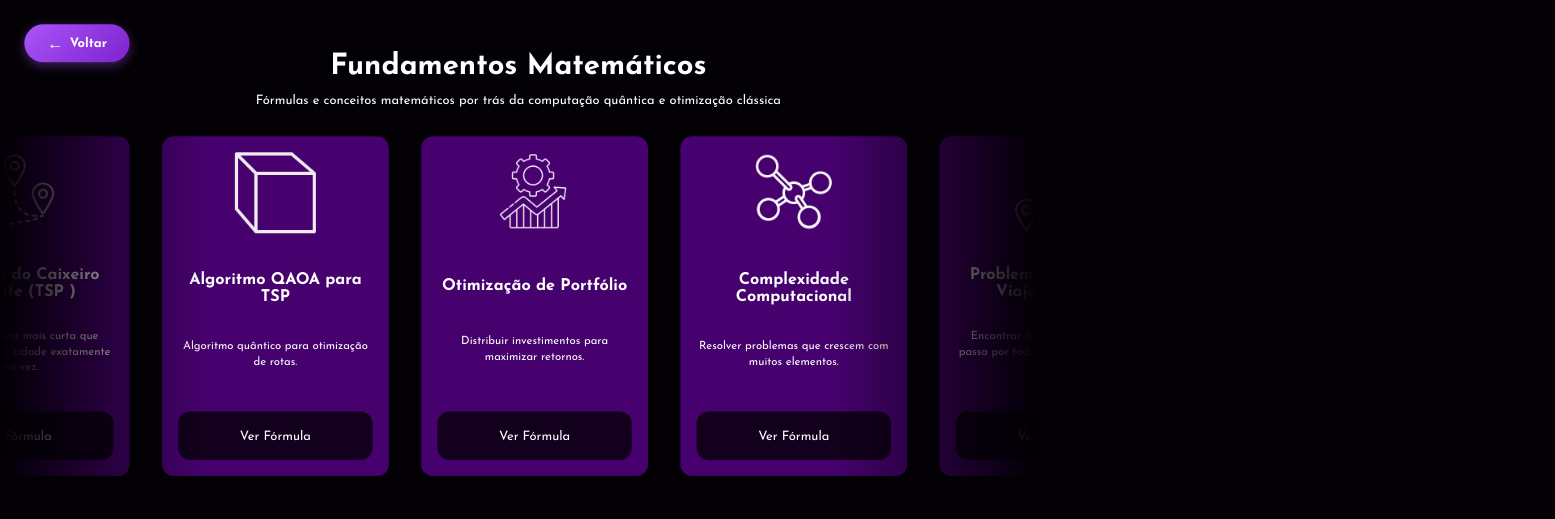
Repository: Everson9/Projeto-de-escalabilidade-quantica-definitivo
Page: fundamentos.html
The author's editor kept a copy of each file at every save. The page is drawn from the files as they stood at one save, then again after the next save.
The browser window is 1280 px wide. The page is 1280 px wide, then 1920 px, so the pictures cover 1920 px, including what lies to the right of the window. The pictures show the whole page, at 81% of full size.

Above is the page before, as saved 2025-10-03 17:49:48.
Not found: script.js

### fundamentos.html
<!DOCTYPE html>
<html lang="pt-br">
<head>
    <meta charset="UTF-8">
    <meta name="viewport" content="width=device-width, initial-scale=1.0">
    <title>Fundamentos Matemáticos</title>
    <link rel="stylesheet" href="fundamentos.css">
    <link href="https://fonts.googleapis.com/css2?family=Josefin+Sans:wght@400;700&display=swap" rel="stylesheet">
</head>
<body>

    <!-- Botão Voltar -->
<a href="telainicial.html" class="voltar-button">Voltar</a>

    <div class="fundamentos-matematicos">
        <h1>Fundamentos Matemáticos</h1>
        <p>Fórmulas e conceitos matemáticos por trás da computação quântica e otimização clássica</p>
    </div>

    <!-- Container do Carrossel -->
    <div class="carousel-container">
        <div class="carousel-track">
            <!-- Cards Originais -->
            <div class="formula_1">
                <img src="imgs_icones/CaixeiroViajante.png" alt="Ícone do Problema do Caixeiro Viajante">
                <h4>Problema do Caixeiro Viajante (TSP )</h4>
                <p>Encontrar a rota mais curta que passa por toda a cidade exatamente uma vez.</p>
                <button class="button"><a href="caixeiro.html">Ver Fórmula</a></button>
            </div>
            <div class="formula_1">
                <img src="imgs_icones/QAOA.png" alt="Ícone do Algoritmo QAOA">
                <h4>Algoritmo QAOA para TSP</h4>
                <p>Algoritmo quântico para otimização de rotas.</p>
                <button class="button"><a href="AlgoritmoQAOA.html">Ver Fórmula</a></button>
            </div>
            <div class="formula_1">
                <img src="imgs_icones/OtimizacaoPortfolio.png" alt="Ícone de Otimização de Portfólio">
                <h4>Otimização de Portfólio</h4>
                <p>Distribuir investimentos para maximizar retornos.</p>
                <button class="button"><a href="Portifolio.html">Ver Fórmula</a></button>
            </div>
            <div class="formula_1">
                <img src="imgs_icones/ComplexidadeComputacional.png" alt="Ícone de Complexidade Computacional">
                <h4>Complexidade Computacional</h4>
                <p>Resolver problemas que crescem com muitos elementos.</p>
                <button class="button"><a href="Complexidade.html">Ver Fórmula</a></button>
            </div>

            <!-- Cards Duplicados para o Efeito Infinito -->
            <div class="formula_1">
                <img src="imgs_icones/CaixeiroViajante.png" alt="Ícone do Problema do Caixeiro Viajante">
                <h4>Problema do Caixeiro Viajante (TSP)</h4>
                <p>Encontrar a rota mais curta que passa por toda a cidade exatamente uma vez.</p>
                <button class="button"><a href="caixeiroviajante.html">Ver Fórmula</a></button>
            </div>
            <div class="formula_1">
                <img src="imgs_icones/QAOA.png" alt="Ícone do Algoritmo QAOA">
                <h4>Algoritmo QAOA para TSP</h4>
                <p>Algoritmo quântico para otimização de rotas.</p>
                <button class="button"><a href="AlgoritmoQAOA.html">Ver Fórmula</a></button>
            </div>
            <div class="formula_1">
                <img src="imgs_icones/OtimizacaoPortfolio.png" alt="Ícone de Otimização de Portfólio">
                <h4>Otimização de Portfólio</h4>
                <p>Distribuir investimentos para maximizar retornos.</p>
                <button class="button"><a href="Portifolio.html">Ver Fórmula</a></button>
            </div>
            <div class="formula_1">
                <img src="imgs_icones/ComplexidadeComputacional.png" alt="Ícone de Complexidade Computacional">
                <h4>Complexidade Computacional</h4>
                <p>Resolver problemas que crescem com muitos elementos.</p>
                <button class="button"><a href="Complexidade.html">Ver Fórmula</a></button>
            </div>
        </div>
    </div>

     <div class="page-transition-overlay"></div>

    <script src="script.js"></script>



</body>
</html>

### fundamentos.css
body {
    background-color: #030105;
    font-family: 'Josefin Sans', sans-serif;
    color: #fff;
    margin: 0;
    padding: 0;
    display: flex;
    flex-direction: column;
    align-items: center;
    justify-content: flex-start;
    overflow-x: hidden; /* Esconde a barra de rolagem horizontal */
}

.fundamentos-matematicos {
    text-align: center;
    color: white;
    margin-top: 40px;
    margin-bottom: 20px;
}

.voltar-button {
    position: fixed;
    top: 30px;
    left: 30px;
    background: linear-gradient(135deg, #a855f7 0%, #7e22ce 100%);
    color: white;
    border: none;
    padding: 12px 28px;
    border-radius: 50px;
    font-size: 16px;
    font-family: 'Josefin Sans', sans-serif;
    font-weight: 600;
    cursor: pointer;
    display: flex;
    align-items: center;
    gap: 8px;
    box-shadow: 0 4px 15px rgba(168, 85, 247, 0.4);
    transition: all 0.3s ease;
    text-decoration: none;
    z-index: 1000;
}

.voltar-button:hover {
    background: linear-gradient(135deg, #c084fc 0%, #9333ea 100%);
    box-shadow: 0 6px 20px rgba(168, 85, 247, 0.6);
    transform: translateY(-2px);
}

.voltar-button:active {
    transform: translateY(0);
}

.voltar-button::before {
    content: "←";
    font-size: 20px;
    font-weight: bold;
}

h1 {
    font-size: 36px;
    margin-bottom: 10px;
}

/* Estilos dos Cards */
.formula_1 {
    width: 240px;
    height: 380px;
    background-color: #7703BA96;
    border-radius: 15px;
    padding: 20px;
    display: flex;
    flex-direction: column;
    justify-content: space-between;
    box-shadow: 0 4px 8px rgba(0, 0, 0, 0.2);
    margin: 0 20px; /* Espaçamento entre os cards */
    flex-shrink: 0; /* Impede que os cards encolham */
}

.formula_1 h4 {
    font-size: 20px;
    margin-bottom: 10px;
    text-align: center;
}

.formula_1 img {
    width: 100px;
    height: 100px;
    margin: 0 auto;
}

.formula_1 p {
    text-align: center;
    font-size: 14px;
    line-height: 1.4;
    margin-top: 10px;
}

.button {
    background-color: #030105C2;
    border: none;
    padding: 10px;
    color: white;
    font-size: 16px;
    text-align: center;
    height: 60px;
    border-radius: 15px;
    cursor: pointer;
    text-decoration: none;
    margin-top: 15px;
    transition: background-color 0.3s;
    text-decoration: none;
}

.button:hover {
    background-color: #ffffffc2;
    color: #030105;
    text-decoration: none;

}

.button a {
    text-decoration: none;
    color: inherit; /* Para garantir que a cor do link herde a cor do botão */
     font-family: 'Josefin Sans', sans-serif;
}

/* --- Novas Classes para o Carrossel --- */

.carousel-container {
    width: 100%;
    display: flex;
    justify-content: flex-start; /* Alinha a trilha no início */
    overflow: hidden; /* Essencial para esconder o que está fora da tela */
    -webkit-mask-image: linear-gradient(to right, transparent, black 20%, black 80%, transparent);
    mask-image: linear-gradient(to right, transparent, black 20%, black 80%, transparent);
}

.carousel-track {
    display: flex; /* Coloca os cards em linha */
    animation: scroll 40s linear infinite; /* Aplica a animação */
}

.carousel-container:hover .carousel-track {
    animation-play-state: paused; /* Pausa a animação ao passar o mouse */
}

/* Animação de Rolagem */
@keyframes scroll {
    0% {
        transform: translateX(0);
    }
    100% {
        /* Move a trilha para a esquerda pelo tamanho exato da primeira metade dos cards */
        /* (240px de largura + 40px de margem) * 4 cards = 1120px */
        transform: translateX(calc(-280px * 4));
    }
}

After the next save:
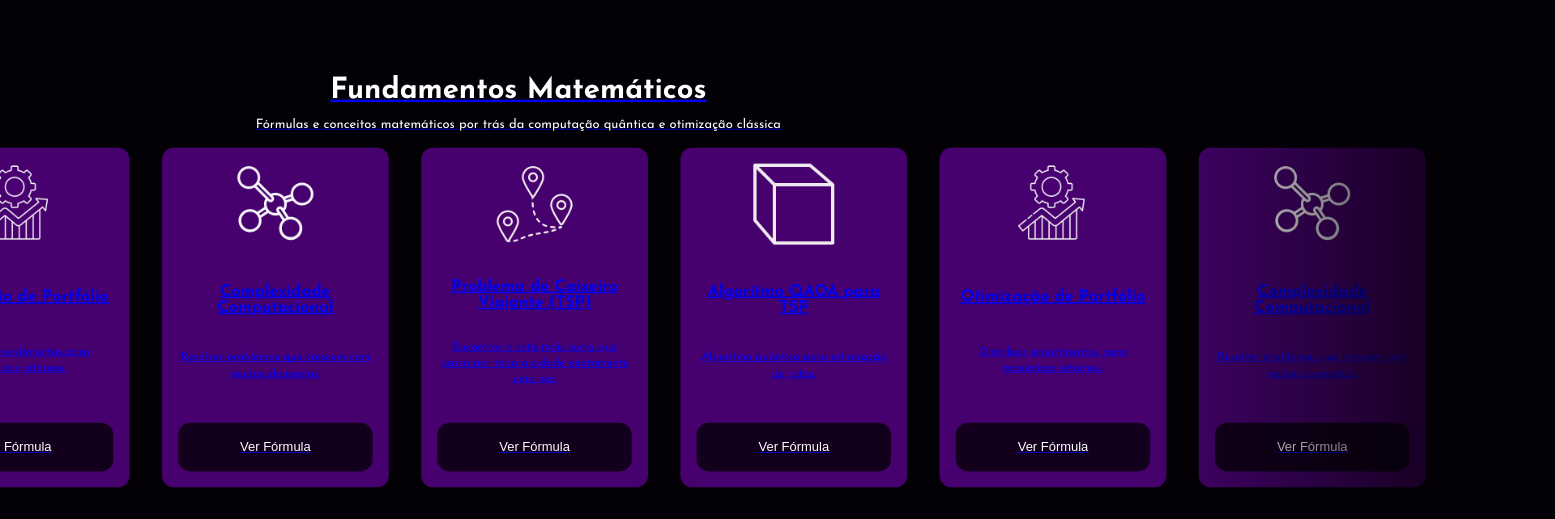
Saved 6 min 12 s later.
--- a/fundamentos.html
+++ b/fundamentos.html
@@ -10,7 +10,10 @@
 <body>
 
     <!-- Botão Voltar -->
-<a href="telainicial.html" class="voltar-button">Voltar</a>
+ <header class="header">
+            <a href="telainicial.html" class="logo-animado">
+                <img src="imagens/Property 1=Default.svg" alt="Logo da Accenture" class="logo-icone">
+                <span class="logo-texto">accenture</span>
 
     <div class="fundamentos-matematicos">
         <h1>Fundamentos Matemáticos</h1>
@@ -25,25 +28,25 @@
                 <img src="imgs_icones/CaixeiroViajante.png" alt="Ícone do Problema do Caixeiro Viajante">
                 <h4>Problema do Caixeiro Viajante (TSP )</h4>
                 <p>Encontrar a rota mais curta que passa por toda a cidade exatamente uma vez.</p>
-                <button class="button"><a href="caixeiro.html">Ver Fórmula</a></button>
+                <button class="button" onclick="window.location.href='caixeiroviajante.html'">Ver Fórmula</button>
             </div>
             <div class="formula_1">
                 <img src="imgs_icones/QAOA.png" alt="Ícone do Algoritmo QAOA">
                 <h4>Algoritmo QAOA para TSP</h4>
                 <p>Algoritmo quântico para otimização de rotas.</p>
-                <button class="button"><a href="AlgoritmoQAOA.html">Ver Fórmula</a></button>
+                <button class="button" onclick="window.location.href='AlgoritmoQAOA.html'">Ver Fórmula</button>
             </div>
             <div class="formula_1">
                 <img src="imgs_icones/OtimizacaoPortfolio.png" alt="Ícone de Otimização de Portfólio">
                 <h4>Otimização de Portfólio</h4>
                 <p>Distribuir investimentos para maximizar retornos.</p>
-                <button class="button"><a href="Portifolio.html">Ver Fórmula</a></button>
+               <button class="button" onclick="window.location.href='Portifolio.html'">Ver Fórmula</button>
             </div>
             <div class="formula_1">
                 <img src="imgs_icones/ComplexidadeComputacional.png" alt="Ícone de Complexidade Computacional">
                 <h4>Complexidade Computacional</h4>
                 <p>Resolver problemas que crescem com muitos elementos.</p>
-                <button class="button"><a href="Complexidade.html">Ver Fórmula</a></button>
+               <button class="button" onclick="window.location.href='Complexidade.html'">Ver Fórmula</button>
             </div>
 
             <!-- Cards Duplicados para o Efeito Infinito -->
@@ -51,25 +54,25 @@
                 <img src="imgs_icones/CaixeiroViajante.png" alt="Ícone do Problema do Caixeiro Viajante">
                 <h4>Problema do Caixeiro Viajante (TSP)</h4>
                 <p>Encontrar a rota mais curta que passa por toda a cidade exatamente uma vez.</p>
-                <button class="button"><a href="caixeiroviajante.html">Ver Fórmula</a></button>
+               <button class="button" onclick="window.location.href='caixeiroviajante.html'">Ver Fórmula</button>
             </div>
             <div class="formula_1">
                 <img src="imgs_icones/QAOA.png" alt="Ícone do Algoritmo QAOA">
                 <h4>Algoritmo QAOA para TSP</h4>
                 <p>Algoritmo quântico para otimização de rotas.</p>
-                <button class="button"><a href="AlgoritmoQAOA.html">Ver Fórmula</a></button>
+                <button class="button" onclick="window.location.href='AlgoritmoQAOA.html'">Ver Fórmula</button>
             </div>
             <div class="formula_1">
                 <img src="imgs_icones/OtimizacaoPortfolio.png" alt="Ícone de Otimização de Portfólio">
                 <h4>Otimização de Portfólio</h4>
                 <p>Distribuir investimentos para maximizar retornos.</p>
-                <button class="button"><a href="Portifolio.html">Ver Fórmula</a></button>
+                  <button class="button" onclick="window.location.href='Portifolio.html'">Ver Fórmula</button>
             </div>
             <div class="formula_1">
                 <img src="imgs_icones/ComplexidadeComputacional.png" alt="Ícone de Complexidade Computacional">
                 <h4>Complexidade Computacional</h4>
                 <p>Resolver problemas que crescem com muitos elementos.</p>
-                <button class="button"><a href="Complexidade.html">Ver Fórmula</a></button>
+                <button class="button" onclick="window.location.href='Complexidade.html'">Ver Fórmula</button>
             </div>
         </div>
     </div>
